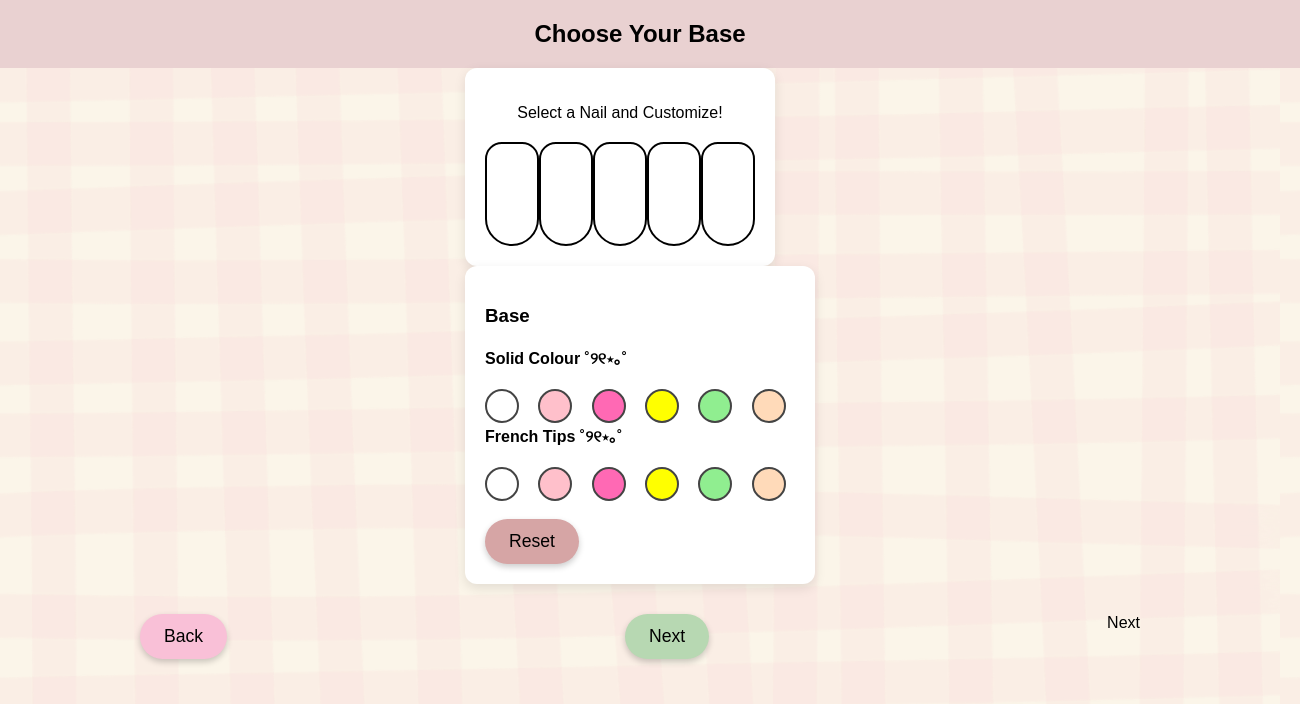
Repository: amolwalia/Fluidity-Lab
Page: basepaint.html
The author's editor kept a copy of each file at every save. The page is drawn from the files as they stood at one save, then again after the next save.
The browser window is 1280 px wide. The page is 1300 px wide, so the pictures cover 1300 px, including what lies to the right of the window. The pictures show the whole page.

Above is the page before, as saved 2025-05-11 19:51:28.

After the next save:
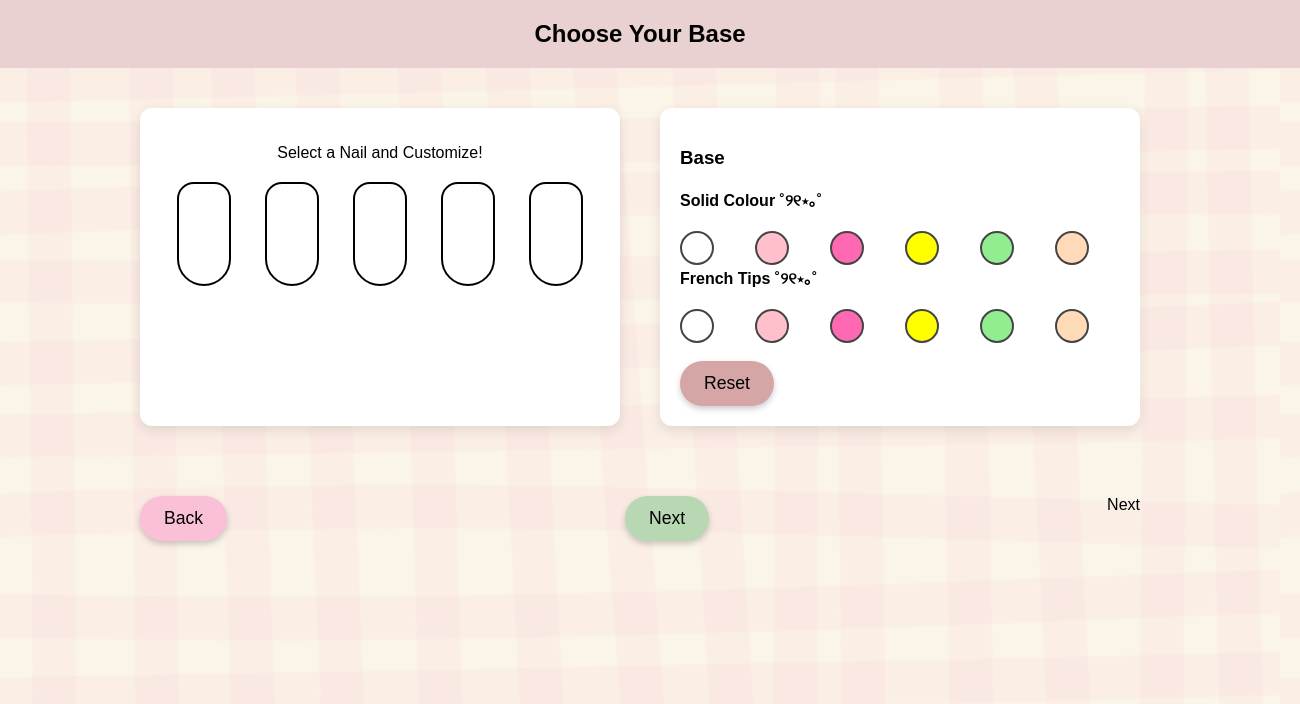
Saved 10 s later.
--- a/basepaint.html
+++ b/basepaint.html
@@ -9,8 +9,7 @@
   <body>
     <header>Choose Your Base</header>
 
-    <div class="nail-box-container">
-      <!-- <img src="./media/border.png" alt="Pink Border" class="border_image" /> -->
+    <div class="container">
       <div class="nail-area">
         <p style="text-align: center">Select a Nail and Customize!</p>
         <div class="nails">
